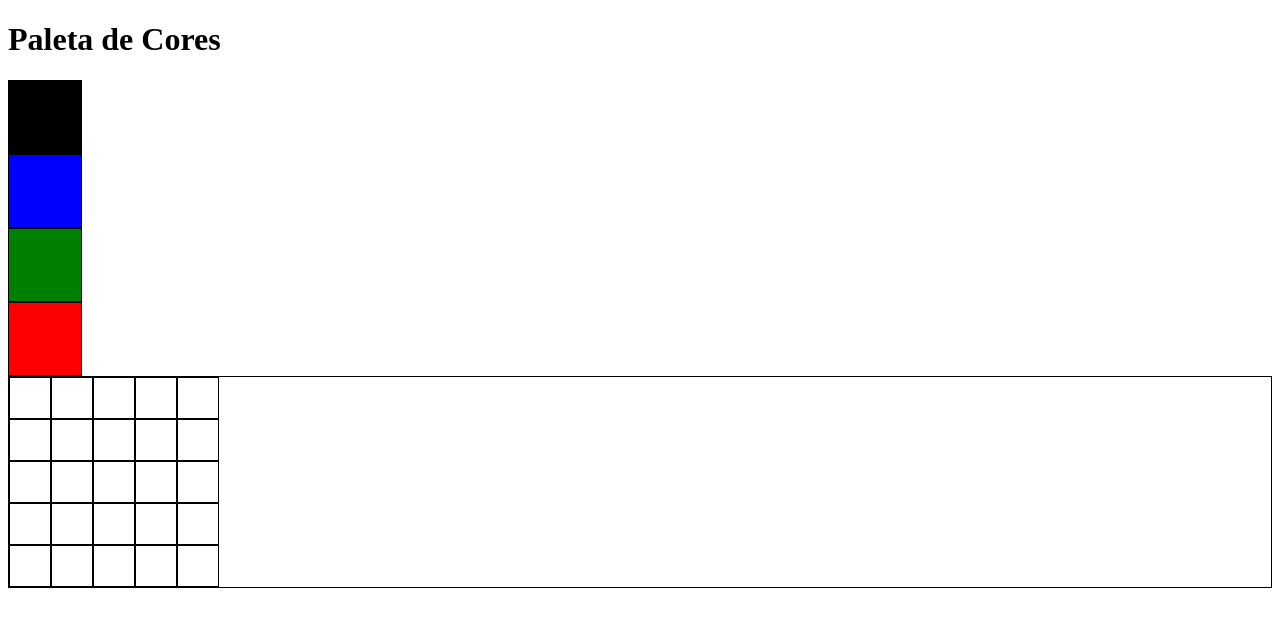
Repository: MuriloColleti/project-Pixer-Art
Page: index.html
The author's editor kept a copy of each file at every save. The page is drawn from the files as they stood at one save, then again after the next save.
The browser window is 1280 px wide. The pictures show the whole page.

Above is the page before, as saved 2024-02-05 16:49:05.

### index.html
<!DOCTYPE html>
<html lang="en">
<head>
    <meta charset="UTF-8">
    <meta name="viewport" content="width=device-width, initial-scale=1.0">
    <link rel="stylesheet" href="style.css">
    <title>Paleta de Cores</title>
</head>

<body>
    <header> <h1 id="title"> Paleta de Cores </h1> </header>

    <div class="square black color"></div>
    <div class="square blue color"></div>
    <div class="square green color"></div>
    <div class="square red color"></div>

    <main id="pixel-board"></main>

</body>

<script src="script.js"></script>

</html>

### style.css
.black{
    background-color: black;
}

.blue{
    background-color: blue;
}

.red{
    background-color: red;
}

.green{
    background-color: green;
}

.square{
    width: 40px;
    height: 40px;
    border: 1px solid black;
    padding: 1rem;
}

.pixel{
    width: 40px;
    height: 40px;
    border: 1px solid black;
    display: flex;
}

#pixel-board{
    border: 1px solid black;
    display: flex;
    flex-direction: column;
}

.line{
    display: flex;

}

### script.js
var pixeltable = document.getElementById('pixel-board');

//var newPixel = document.createElement("div")

//newPixel.classList.add("pixel")

//pixel.appendChild(newPixel);


for(linha = 0; linha < 5; linha += 1){

    var newLine = document.createElement('div')
    newLine.classList.add('line')
    pixeltable.appendChild(newLine);

    for(pixel = 0; pixel < 5; pixel += 1){
    var newPixel = document.createElement('div')
    newPixel.classList.add('pixel')
    newLine.appendChild(newPixel)
    }

}

After the next save:
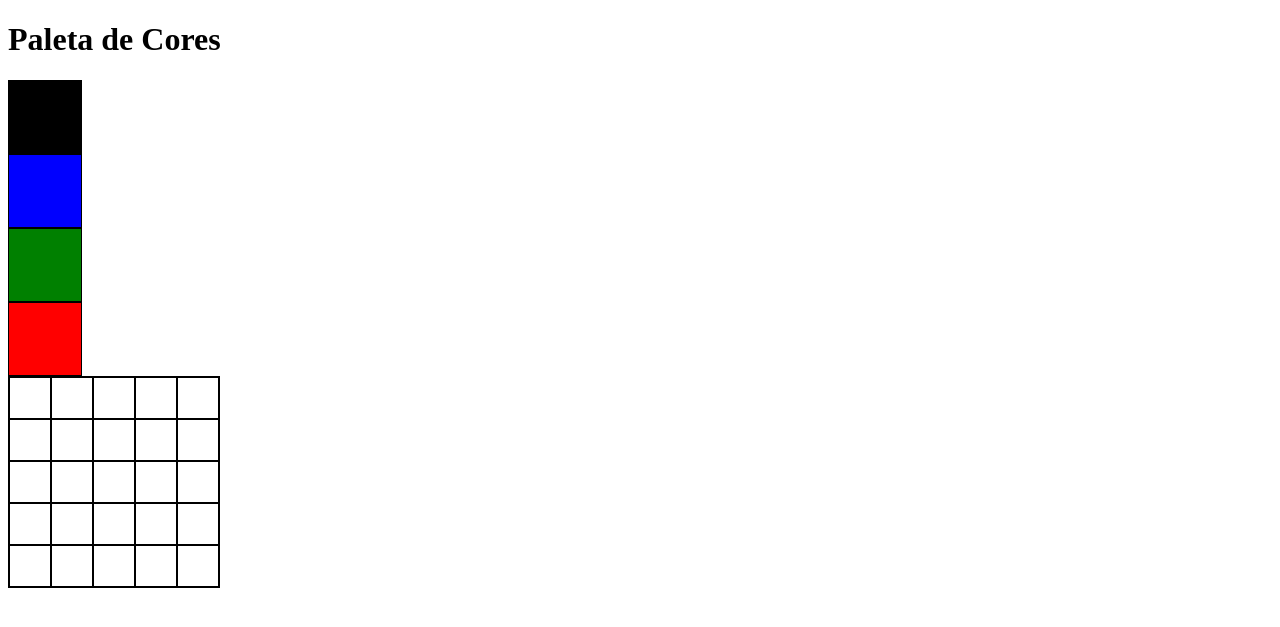
Saved 37 s later.
--- a/style.css
+++ b/style.css
@@ -32,9 +32,9 @@
     border: 1px solid black;
     display: flex;
     flex-direction: column;
+    width: fit-content;
 }
 
 .line{
     display: flex;
-
 }
